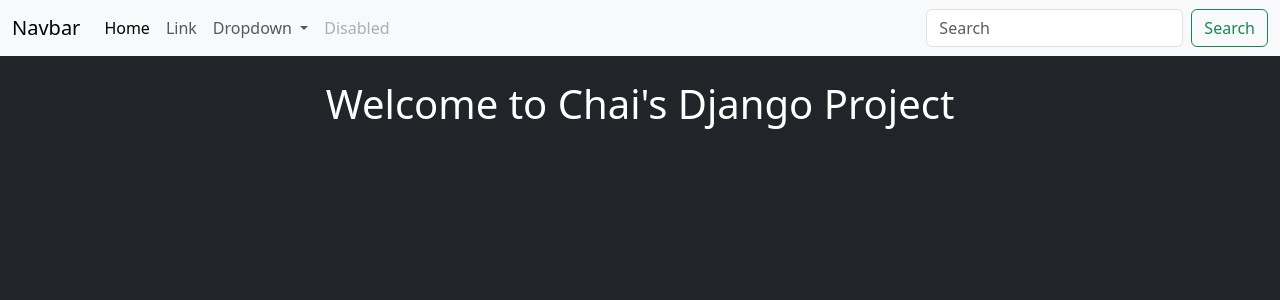
Repository: Pratham-2407/Full-Stack-Tweeting-Application---Django-
Page: http://localhost/tweet/
The author's editor kept a copy of each file at every save. The page is drawn from the files as they stood at one save, then again after the next save.
The browser window is 1280 px wide. The pictures show the whole page.
The page is served by the project's application, run on Django 5.2 (chaihq/manage.py).

Above is the page before, as saved 2024-07-13 21:35:48.

After the next save:
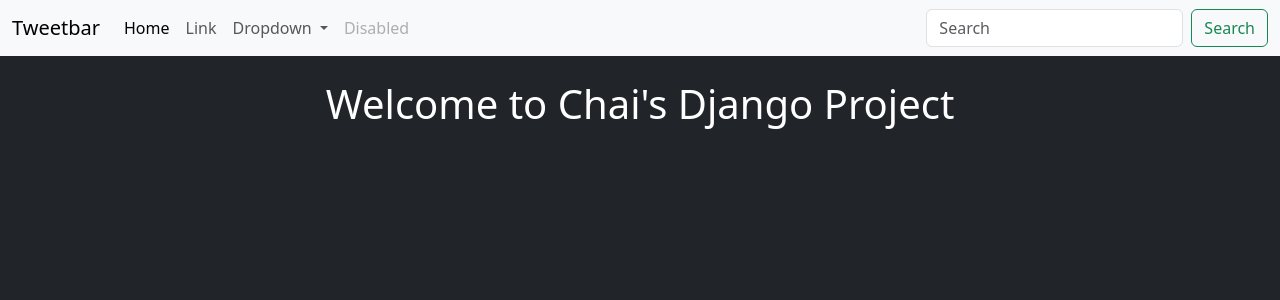
Saved 22 s later.
--- a/chaihq/templates/layout.html
+++ b/chaihq/templates/layout.html
@@ -16,7 +16,7 @@
 
     <nav class="navbar navbar-expand-lg bg-body-tertiary">
         <div class="container-fluid">
-          <a class="navbar-brand" href="#">Navbar</a>
+          <a class="navbar-brand" href="#">Tweetbar</a>
           <button class="navbar-toggler" type="button" data-bs-toggle="collapse" data-bs-target="#navbarSupportedContent" aria-controls="navbarSupportedContent" aria-expanded="false" aria-label="Toggle navigation">
             <span class="navbar-toggler-icon"></span>
           </button>
